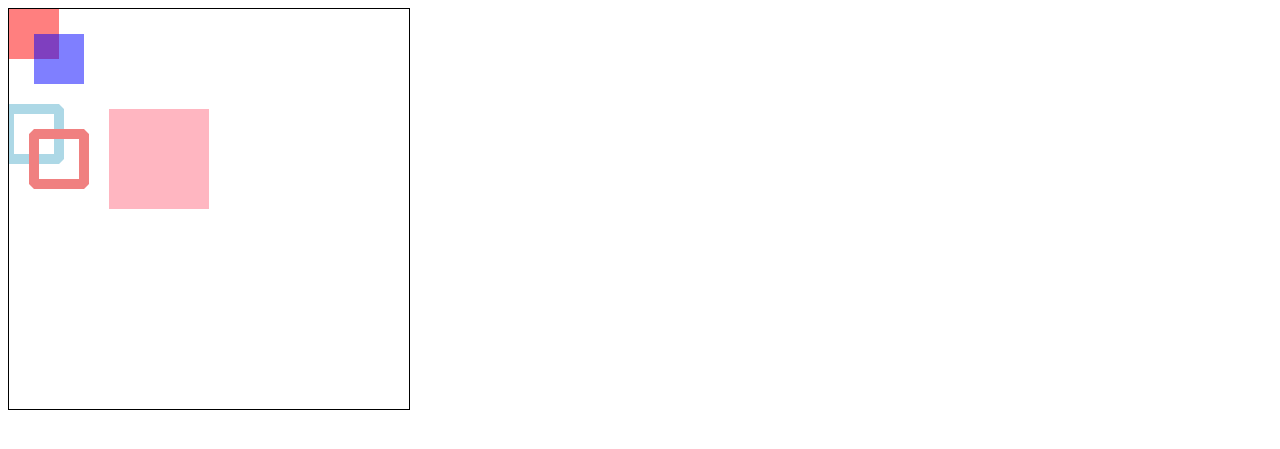
Repository: Jhin7782/HBuilder-Projects
Page: 【JS高程3】/15`使用Canvas绘图/15.2 2D上下文/15.2.2 绘制矩形/index.html
These files come from the project's save history. The page is drawn as it stood at one moment and after the next save; the edit follows.
The browser window is 1280 px wide. The pictures show the whole page.

Above is the page before, as saved 2017-06-09 06:19:15.

### 【JS高程3】/15`使用Canvas绘图/15.2 2D上下文/15.2.2 绘制矩形/index.html
<!DOCTYPE html>
<html>
	<head>
		<meta charset="UTF-8">
		<title></title>
		<style type="text/css">
			canvas {
				border: 1px solid;
			}
		</style>
	</head>
	<body>
		<canvas id="drawing" width="400" height="400">A drawing of something.</canvas>

		<script type="text/javascript">
			//画布
			var drawing = document.getElementById("drawing");
			if (drawing.getContext) {
				//画笔
				var context = drawing.getContext("2d");
				//填充
				context.fillStyle = "rgba(255, 0, 0, 0.5)";
				context.fillRect(0, 0, 50, 50);
				context.fillStyle = "rgba(0, 0, 255, 0.5)";
				context.fillRect(25, 25, 50, 50);
				//描边
				//线条属性
				context.lineWidth = 10;
				context.lineCap = "square";
				context.lineJoin = "bevel";
				context.strokeStyle = "lightblue";
				context.strokeRect(0, 100, 50, 50);
				context.strokeStyle = "lightcoral";
				context.strokeRect(25, 125, 50, 50);
				//clearRect();
				context.fillStyle = "lightpink";
				context.fillRect(100, 100, 100, 100);
			}
		</script>
	</body>
</html>

After the next save:
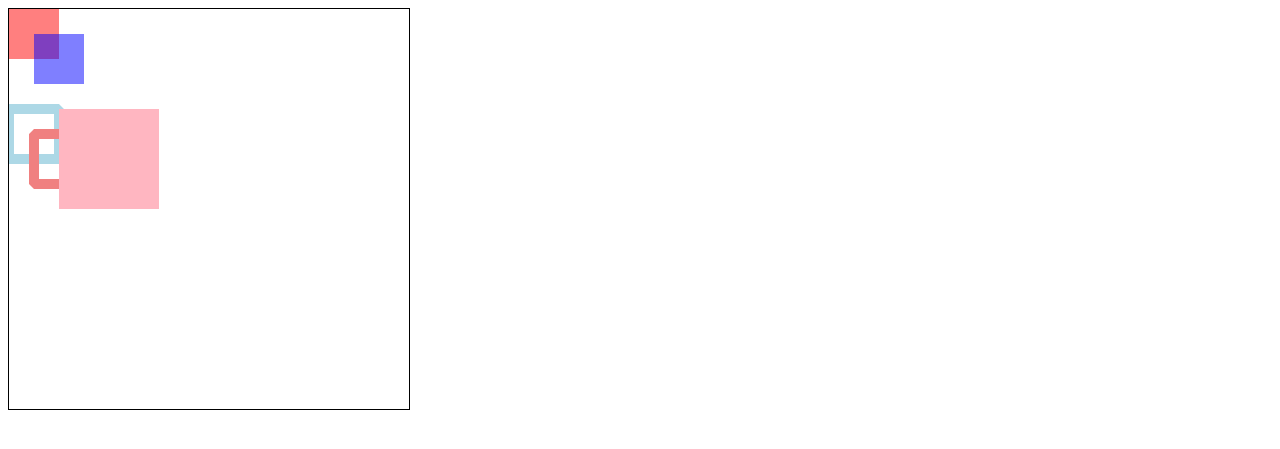
Saved 9 s later.
--- a/【JS高程3】/15`使用Canvas绘图/15.2 2D上下文/15.2.2 绘制矩形/index.html
+++ b/【JS高程3】/15`使用Canvas绘图/15.2 2D上下文/15.2.2 绘制矩形/index.html
@@ -34,7 +34,7 @@
 				context.strokeRect(25, 125, 50, 50);
 				//clearRect();
 				context.fillStyle = "lightpink";
-				context.fillRect(100, 100, 100, 100);
+				context.fillRect(50, 100, 100, 100);
 			}
 		</script>
 	</body>
